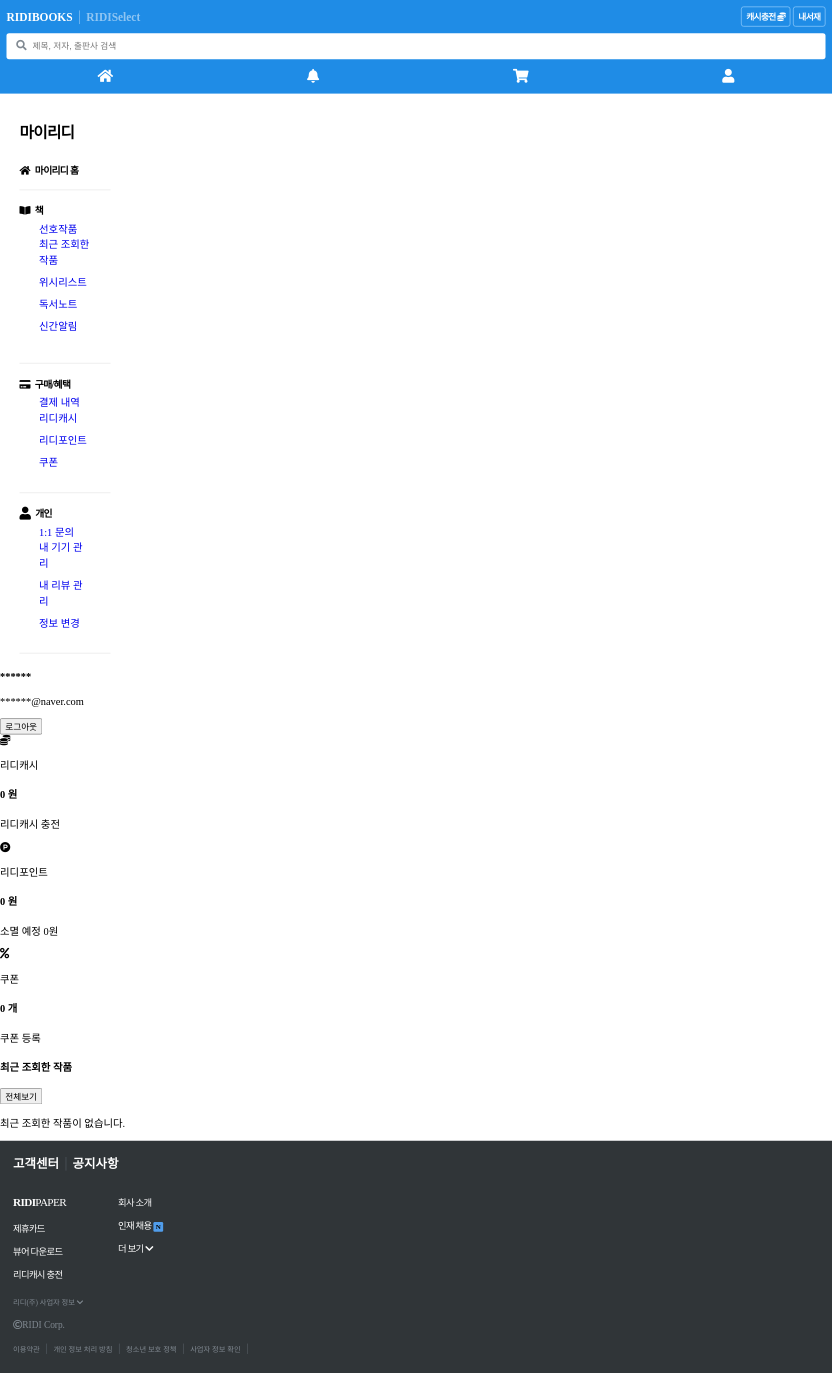
Repository: mega-teamproject/teamproject1
Page: html/myridi.html
The author's editor kept a copy of each file at every save. The page is drawn from the files as they stood at one save, then again after the next save.
The browser window is 1280 px wide. The pictures show the whole page, at 65% of full size.

Above is the page before, as saved 2022-01-05 01:39:38.

After the next save:
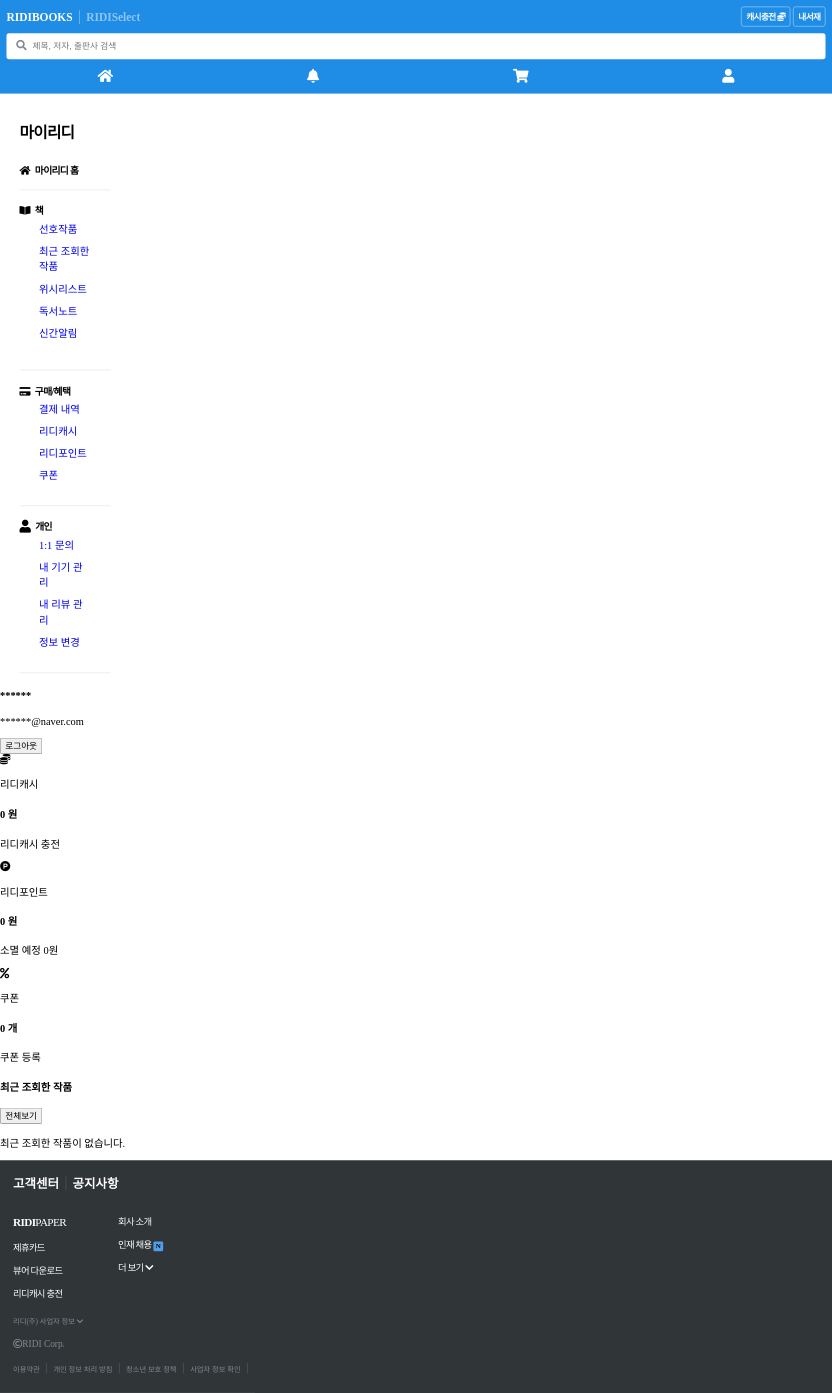
Saved 8 s later.
--- a/css/myridi.css
+++ b/css/myridi.css
@@ -147,7 +147,7 @@
   padding: 20px 0;
 }
 
-.sidebar nav ul.nav-title li:first-child {
+.sidebar nav ul.nav-title li.bigTitle {
   border-bottom: none;
   padding-bottom: 0;
 }
